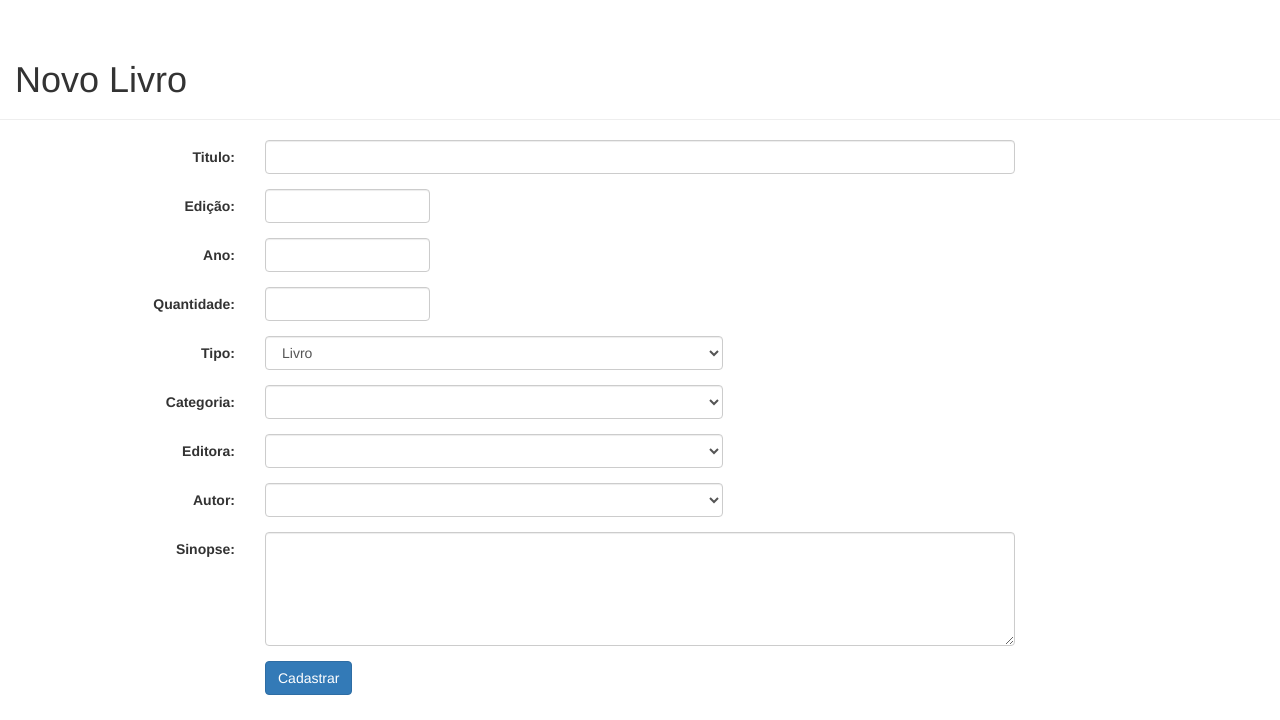
Repository: stefanyco/biblioteca
Page: http://localhost/Biblioteca/livroAdicionar.jsp
These files come from the project's save history. The page is drawn as it stood at one moment and after the next save; the edit follows.
The browser window is 1280 px wide. The pictures show the whole page.
The page is served by Tomcat 9. Queries for data that is not in the repository find no rows.

Above is the page before, as saved 2016-11-07 22:49:37.

After the next save:
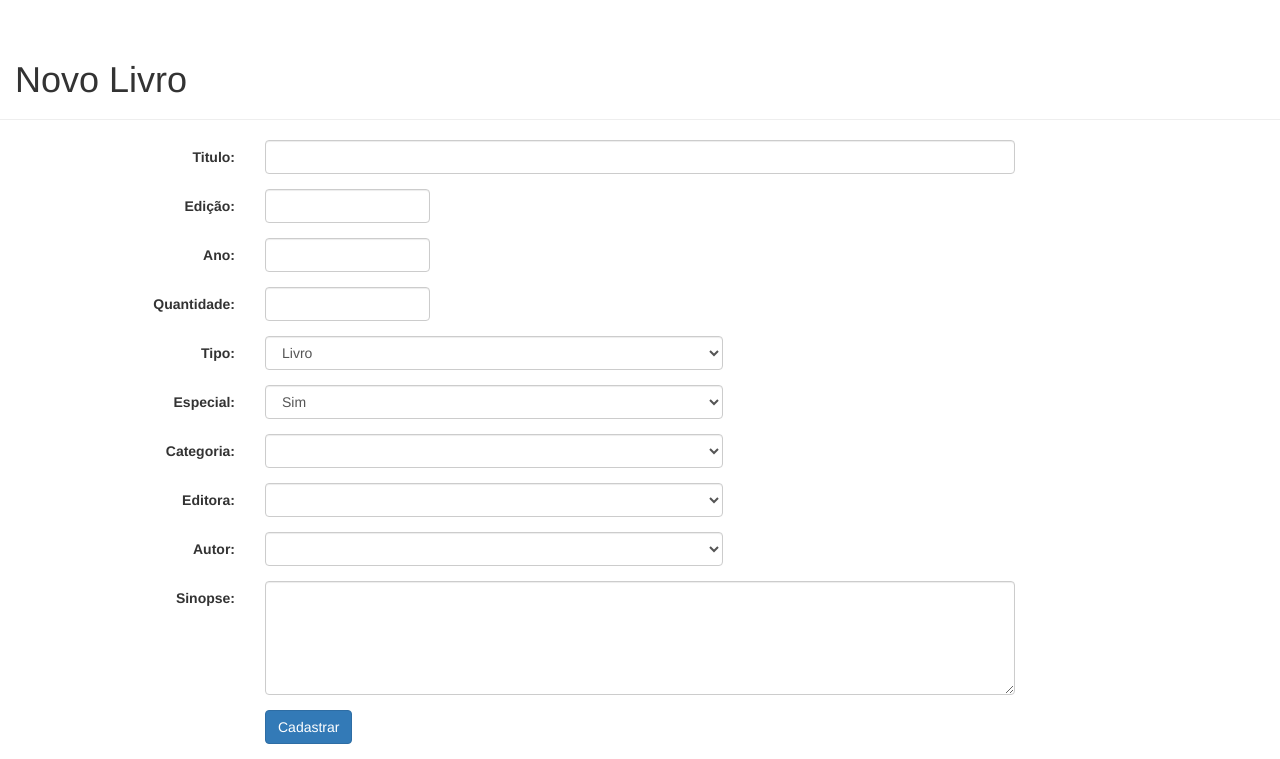
Saved 38 s later.
--- a/Sistema Biblioteca/Biblioteca/WebContent/livroAdicionar.jsp
+++ b/Sistema Biblioteca/Biblioteca/WebContent/livroAdicionar.jsp
@@ -52,6 +52,15 @@
 								<select class="form-control" name="tipo" required>
 									<option>Livro</option>
 									<option>Revista</option>
+								</select>
+							</div>
+					</div>
+					<div class="form-group">
+						<label for="especial" class="col-xs-2 control-label">Especial:</label>
+							<div class="col-xs-5">
+								<select class="form-control" name="especial" required>
+									<option>Sim</option>
+									<option>Não</option>
 								</select>
 							</div>
 					</div>
